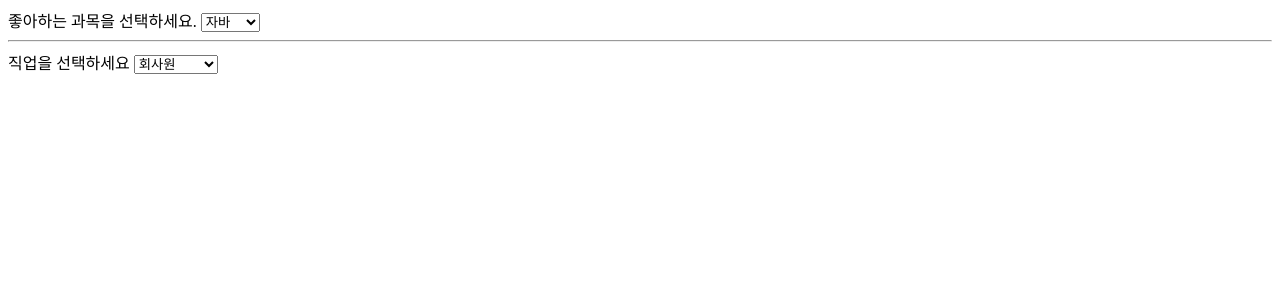
Repository: Jin0207/html_css
Page: day1130/src/main/webapp/selectTest.html
An editor plug-in stored every save of this project. The page is shown before and after the next save, followed by the edit.
The browser window is 1280 px wide. The pictures show the whole page.

Above is the page before, as saved 2021-11-30 05:11:11.

### day1130/src/main/webapp/selectTest.html
<!DOCTYPE html>
<html>
<head>
<meta charset="EUC-KR">
<title>Insert title here</title>
</head>
<body>
	<form action="selectTestOK.jsp" method="post">
		좋아하는 과목을 선택하세요.
		<select name = "subject">
			<option value="자바">자바</option>
			<option value="html">html</option>
			<option value="css">css</option>
			<option value="오라클">오라클</option>
			<option value="jsp">jsp</option>
		</select>
		<hr>
		직업을 선택하세요
		<select name="job">
			<option vakue="회사원">회사원</option>
			<option vakue="공무원">공무원</option>
			<option vakue="학생">학생</option>
			<option vakue="취업준비생">취업준비생</option>
			<option vakue="주부">주부</option>
		</select>
	</form>
</body>
</html>

After the next save:
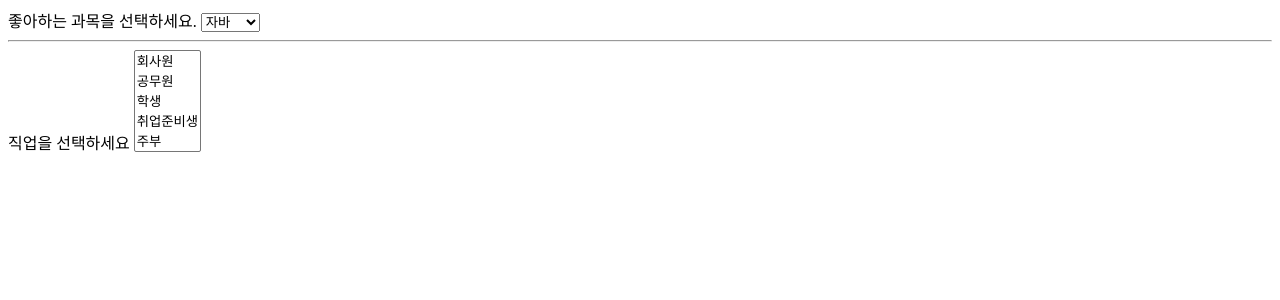
Saved 15 s later.
--- a/day1130/src/main/webapp/selectTest.html
+++ b/day1130/src/main/webapp/selectTest.html
@@ -16,7 +16,7 @@
 		</select>
 		<hr>
 		직업을 선택하세요
-		<select name="job">
+		<select name="job" size="5">
 			<option vakue="회사원">회사원</option>
 			<option vakue="공무원">공무원</option>
 			<option vakue="학생">학생</option>
